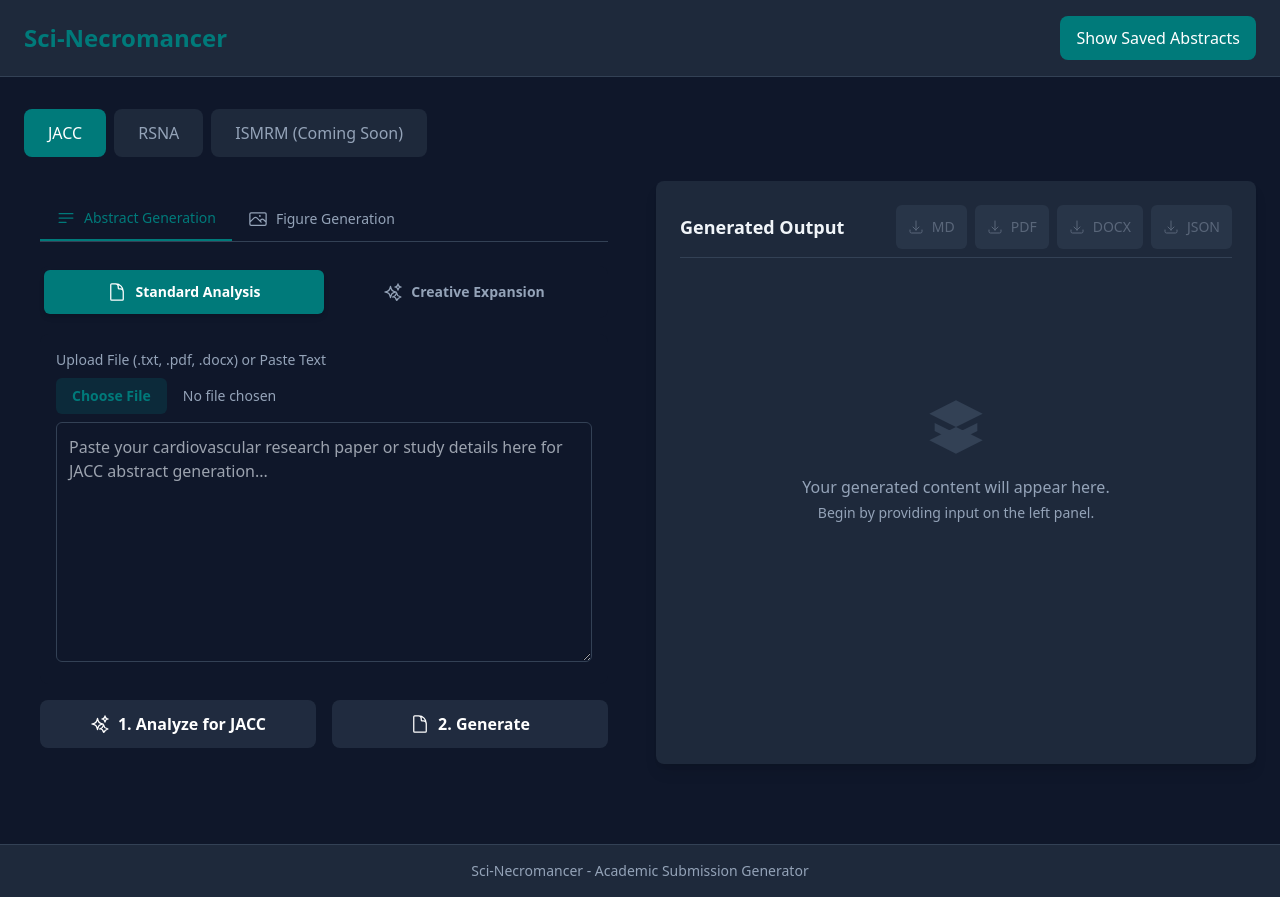
Repository: picspin/Sci-Necromancer
Page: /
The author's editor kept a copy of each file at every save. The page is drawn from the files as they stood at one save, then again after the next save.
The browser window is 1280 px wide. The pictures show the whole page.
Some web libraries are served in a nearby version. The project was rebuilt for these pictures with package versions that can differ from the ones it lists, and the page was loaded fresh each time. Also part of the build but not shown: vite.config.ts, lib/utils/errorLogger.ts, components/error/ErrorFeedback.tsx, components/error/ErrorBoundary.tsx, lib/utils/accessibilityUtils.ts, components/Modal.tsx, components/RSNAPanel.tsx, components/AbstractManager.tsx.

Above is the page before, as saved 2025-10-28 06:25:11.

### index.html
<!DOCTYPE html>
<html lang="en">
  <head>
    <meta charset="UTF-8" />
    <meta name="viewport" content="width=device-width, initial-scale=1.0" />
    <title>Sci-Necromancer - Academic Submission Generator</title>
    <script src="https://cdn.tailwindcss.com"></script>
    <script>
      tailwind.config = {
        theme: {
          extend: {
            colors: {
              'brand-primary': '#007A7A',
              'brand-secondary': '#004D4D',
              'base-100': '#0F172A',
              'base-200': '#1E293B',
              'base-300': '#334155',
              'text-primary': '#F1F5F9',
              'text-secondary': '#94A3B8',
              'category-main': '#ffff00',
              'category-sub': '#ffa500',
              'category-secondary': '#ffc0cb',
            },
          },
        },
      }
    </script>
    <style>
      ::-webkit-scrollbar {
        width: 8px;
        height: 8px;
      }
      ::-webkit-scrollbar-track {
        background: #1e293b;
      }
      ::-webkit-scrollbar-thumb {
        background-color: #334155;
        border-radius: 4px;
      }

      /* Screen reader only - visually hidden but accessible to screen readers */
      .sr-only {
        position: absolute;
        width: 1px;
        height: 1px;
        padding: 0;
        margin: -1px;
        overflow: hidden;
        clip: rect(0, 0, 0, 0);
        white-space: nowrap;
        border-width: 0;
      }

      .sr-only:focus,
      .sr-only:active {
        position: static;
        width: auto;
        height: auto;
        overflow: visible;
        clip: auto;
        white-space: normal;
      }

      /* Focus visible styles - 3px outline for keyboard navigation */
      *:focus-visible {
        outline: 3px solid #007A7A;
        outline-offset: 2px;
      }

      /* Custom focus ring utility */
      .focus-ring-3 {
        outline: 3px solid #007A7A;
        outline-offset: 2px;
      }

      /* High contrast mode support */
      @media (prefers-contrast: high) {
        :root {
          --brand-primary: #00FFFF;
          --text-primary: #FFFFFF;
          --base-100: #000000;
        }
      }

      .high-contrast {
        --brand-primary: #00FFFF !important;
        --brand-secondary: #00CCCC !important;
        --text-primary: #FFFFFF !important;
        --text-secondary: #E0E0E0 !important;
        --base-100: #000000 !important;
        --base-200: #1A1A1A !important;
        --base-300: #333333 !important;
      }

      .high-contrast * {
        border-color: #FFFFFF !important;
      }

      .high-contrast button,
      .high-contrast input,
      .high-contrast select,
      .high-contrast textarea {
        border: 2px solid #FFFFFF !important;
      }

      /* Font size adjustments */
      .font-large {
        font-size: 125%;
      }

      .font-x-large {
        font-size: 150%;
      }

      /* Reduced motion support */
      @media (prefers-reduced-motion: reduce) {
        *,
        *::before,
        *::after {
          animation-duration: 0.01ms !important;
          animation-iteration-count: 1 !important;
          transition-duration: 0.01ms !important;
        }
      }

      .reduce-motion *,
      .reduce-motion *::before,
      .reduce-motion *::after {
        animation-duration: 0.01ms !important;
        animation-iteration-count: 1 !important;
        transition-duration: 0.01ms !important;
      }

      /* Responsive design - Mobile first */
      @media (max-width: 640px) {
        body {
          font-size: 14px;
        }

        /* Ensure touch targets are at least 44x44px */
        button,
        a,
        input[type="button"],
        input[type="submit"] {
          min-height: 44px;
          min-width: 44px;
        }
      }

      @media (max-width: 768px) {
        /* Stack layouts on mobile */
        .grid-cols-2 {
          grid-template-columns: 1fr !important;
        }
      }

      /* Support for 200% zoom */
      @media (min-width: 1280px) {
        .max-w-7xl {
          max-width: 80rem;
        }
      }

      /* Ensure minimum touch target size */
      button,
      a,
      input[type="button"],
      input[type="submit"],
      input[type="checkbox"],
      input[type="radio"],
      select {
        min-height: 44px;
        min-width: 44px;
        padding: 0.5rem 1rem;
      }

      /* Exception for icon-only buttons */
      button.icon-only {
        min-width: 44px;
        padding: 0.5rem;
      }
    </style>
  </head>
  <body class="bg-base-100 text-text-primary">
    <div id="root"></div>
    <script type="module" src="/main.tsx"></script>
  </body>
</html>

### main.tsx
import React from 'react';
import ReactDOM from 'react-dom/client';
import App from './App';

const root = document.getElementById('root');

if (!root) {
  throw new Error('Root element not found');
}

ReactDOM.createRoot(root).render(
  <React.StrictMode>
    <App />
  </React.StrictMode>
);

### App.tsx
import React, { useState } from 'react';
import { Conference } from './types';
import { SettingsProvider } from './context/SettingsContext';
import { AbstractProvider } from './context/AbstractContext';
import { ErrorBoundary } from './components/error/ErrorBoundary';
import JACCPanel from './components/JACCPanel';
import RSNAPanel from './components/RSNAPanel';
import { AbstractManager } from './components/AbstractManager';
import ApiKeyNotification from './components/ApiKeyNotification';
import AccessibilitySettings from './components/AccessibilitySettings';

const App: React.FC = () => {
    const [activeConference, setActiveConference] = useState<Conference>('JACC');
    const [showManager, setShowManager] = useState(false);
    const [showA11ySettings, setShowA11ySettings] = useState(false);

    return (
        <ErrorBoundary>
            <SettingsProvider>
                <AbstractProvider>
                    {/* Skip to main content link for keyboard navigation */}
                    <a
                        href="#main-content"
                        className="sr-only focus:not-sr-only focus:absolute focus:top-4 focus:left-4 focus:z-50 focus:px-4 focus:py-2 focus:bg-brand-primary focus:text-white focus:rounded-md"
                    >
                        Skip to main content
                    </a>

                    <div className="min-h-screen bg-base-100">
                        {/* Header */}
                        <header
                            className="bg-base-200 border-b border-base-300 py-4 px-6"
                            role="banner"
                        >
                            <div className="max-w-7xl mx-auto flex items-center justify-between">
                                <h1 className="text-2xl font-bold text-brand-primary">
                                    Sci-Necromancer
                                    <span className="sr-only">- Academic Submission Generator</span>
                                </h1>
                                <button
                                    onClick={() => setShowManager(!showManager)}
                                    className="px-4 py-2 bg-brand-primary text-white rounded-lg hover:bg-brand-secondary transition-colors focus:outline-none focus:ring-3 focus:ring-brand-primary"
                                    aria-expanded={showManager}
                                    aria-controls="abstract-manager"
                                    aria-label={showManager ? 'Hide saved abstracts manager' : 'Show saved abstracts manager'}
                                >
                                    {showManager ? 'Hide' : 'Show'} Saved Abstracts
                                </button>
                            </div>
                        </header>

                        {/* API Key Notification - Commented out for now, needs settings modal */}
                        {/* <ApiKeyNotification provider="google" onOpenSettings={() => {}} /> */}

                        {/* Main Content */}
                        <main
                            id="main-content"
                            className="max-w-7xl mx-auto px-6 py-8"
                            role="main"
                            aria-label="Main content"
                        >
                            {showManager ? (
                                <section
                                    id="abstract-manager"
                                    aria-label="Saved abstracts manager"
                                >
                                    <AbstractManager isVisible={showManager} onClose={() => setShowManager(false)} />
                                </section>
                            ) : (
                                <>
                                    {/* Conference Tabs */}
                                    <nav
                                        className="flex gap-2 mb-6"
                                        role="tablist"
                                        aria-label="Conference selection"
                                    >
                                        <button
                                            onClick={() => setActiveConference('JACC')}
                                            className={`px-6 py-3 rounded-lg font-medium transition-colors focus:outline-none focus:ring-3 focus:ring-brand-primary ${activeConference === 'JACC'
                                                ? 'bg-brand-primary text-white'
                                                : 'bg-base-200 text-text-secondary hover:bg-base-300'
                                                }`}
                                            role="tab"
                                            aria-selected={activeConference === 'JACC'}
                                            aria-controls="conference-panel"
                                            id="tab-jacc"
                                        >
                                            JACC
                                        </button>
                                        <button
                                            onClick={() => setActiveConference('RSNA')}
                                            className={`px-6 py-3 rounded-lg font-medium transition-colors focus:outline-none focus:ring-3 focus:ring-brand-primary ${activeConference === 'RSNA'
                                                ? 'bg-brand-primary text-white'
                                                : 'bg-base-200 text-text-secondary hover:bg-base-300'
                                                }`}
                                            role="tab"
                                            aria-selected={activeConference === 'RSNA'}
                                            aria-controls="conference-panel"
                                            id="tab-rsna"
                                        >
                                            RSNA
                                        </button>
                                        <button
                                            onClick={() => setActiveConference('ISMRM')}
                                            className={`px-6 py-3 rounded-lg font-medium transition-colors focus:outline-none focus:ring-3 focus:ring-brand-primary ${activeConference === 'ISMRM'
                                                ? 'bg-brand-primary text-white'
                                                : 'bg-base-200 text-text-secondary hover:bg-base-300'
                                                }`}
                                            disabled
                                            title="Coming soon"
                                            role="tab"
                                            aria-selected={activeConference === 'ISMRM'}
                                            aria-controls="conference-panel"
                                            aria-disabled="true"
                                            id="tab-ismrm"
                                        >
                                            ISMRM (Coming Soon)
                                        </button>
                                    </nav>

                                    {/* Conference Panels */}
                                    <div
                                        id="conference-panel"
                                        role="tabpanel"
                                        aria-labelledby={`tab-${activeConference.toLowerCase()}`}
                                    >
                                        {activeConference === 'JACC' && <JACCPanel />}
                                        {activeConference === 'RSNA' && <RSNAPanel />}
                                    </div>
                                </>
                            )}
                        </main>

                        {/* Footer */}
                        <footer
                            className="bg-base-200 border-t border-base-300 py-4 px-6 mt-12"
                            role="contentinfo"
                        >
                            <div className="max-w-7xl mx-auto text-center text-text-secondary text-sm">
                                <p>Sci-Necromancer - Academic Submission Generator</p>
                            </div>
                        </footer>
                    </div>
                </AbstractProvider>
            </SettingsProvider>
        </ErrorBoundary>
    );
};

export default App;

### context/SettingsContext.tsx
import React, { createContext, useState, useEffect, ReactNode } from 'react';
import { Settings } from '../types';
import { LocalStorageService } from '../services/databaseService';

interface SettingsContextType {
  settings: Settings;
  updateSettings: (newSettings: Partial<Settings>) => void;
  saveSettings: (newSettings: Settings) => void;
  databaseService: LocalStorageService;
}

const defaultSettings: Settings = {
  provider: 'google',
  googleApiKey: '',
  openAIApiKey: '',
  model: 'gemini-2.0-flash-exp',
  temperature: 0.7,
  maxTokens: 2048,
};

export const SettingsContext = createContext<SettingsContextType>({
  settings: defaultSettings,
  updateSettings: () => {},
  saveSettings: () => {},
  databaseService: new LocalStorageService(),
});

export const SettingsProvider: React.FC<{ children: ReactNode }> = ({ children }) => {
  const [settings, setSettings] = useState<Settings>(defaultSettings);
  const [databaseService] = useState(() => new LocalStorageService());

  useEffect(() => {
    const savedSettings = localStorage.getItem('app-settings');
    if (savedSettings) {
      try {
        const parsed = JSON.parse(savedSettings);
        setSettings({ ...defaultSettings, ...parsed });
      } catch (error) {
        console.error('Failed to parse saved settings:', error);
      }
    }
  }, []);

  const updateSettings = (newSettings: Partial<Settings>) => {
    setSettings((prev) => {
      const updated = { ...prev, ...newSettings };
      localStorage.setItem('app-settings', JSON.stringify(updated));
      return updated;
    });
  };

  const saveSettings = (newSettings: Settings) => {
    setSettings(newSettings);
    localStorage.setItem('app-settings', JSON.stringify(newSettings));
  };

  return (
    <SettingsContext.Provider value={{ settings, updateSettings, saveSettings, databaseService }}>
      {children}
    </SettingsContext.Provider>
  );
};

### context/AbstractContext.tsx
import React, { createContext, useState, useContext, ReactNode } from 'react';
import { SavedAbstract } from '../types';

interface AbstractContextType {
  loadAbstract: (abstract: SavedAbstract) => void;
  abstractToLoad: SavedAbstract | null;
  clearLoadedAbstract: () => void;
}

const AbstractContext = createContext<AbstractContextType>({
  loadAbstract: () => {},
  abstractToLoad: null,
  clearLoadedAbstract: () => {}
});

export const useAbstractContext = () => useContext(AbstractContext);

export const AbstractProvider: React.FC<{ children: ReactNode }> = ({ children }) => {
  const [abstractToLoad, setAbstractToLoad] = useState<SavedAbstract | null>(null);

  const loadAbstract = (abstract: SavedAbstract) => {
    setAbstractToLoad(abstract);
  };

  const clearLoadedAbstract = () => {
    setAbstractToLoad(null);
  };

  return (
    <AbstractContext.Provider value={{ loadAbstract, abstractToLoad, clearLoadedAbstract }}>
      {children}
    </AbstractContext.Provider>
  );
};

### components/LiveRegion.tsx
import React, { useEffect, useState } from 'react';

interface LiveRegionProps {
  message: string;
  priority?: 'polite' | 'assertive';
  clearAfter?: number;
}

/**
 * ARIA live region component for announcing dynamic content changes to screen readers
 */
const LiveRegion: React.FC<LiveRegionProps> = ({
  message,
  priority = 'polite',
  clearAfter = 3000
}) => {
  const [currentMessage, setCurrentMessage] = useState(message);

  useEffect(() => {
    setCurrentMessage(message);

    if (clearAfter > 0 && message) {
      const timer = setTimeout(() => {
        setCurrentMessage('');
      }, clearAfter);

      return () => clearTimeout(timer);
    }
  }, [message, clearAfter]);

  return (
    <div
      role="status"
      aria-live={priority}
      aria-atomic="true"
      className="sr-only"
    >
      {currentMessage}
    </div>
  );
};

export default LiveRegion;

/**
 * Hook for managing live region announcements
 */
export const useLiveRegion = () => {
  const [announcement, setAnnouncement] = useState('');
  const [priority, setPriority] = useState<'polite' | 'assertive'>('polite');

  const announce = (message: string, announcePriority: 'polite' | 'assertive' = 'polite') => {
    setPriority(announcePriority);
    setAnnouncement(message);
  };

  const clear = () => {
    setAnnouncement('');
  };

  return {
    announcement,
    priority,
    announce,
    clear,
    LiveRegionComponent: () => (
      <LiveRegion message={announcement} priority={priority} />
    ),
  };
};

Loaded but not shown: components/JACCPanel.tsx (686 lines, source omitted); services/databaseService.ts (731 lines, source omitted); lib/llm/prompts/ismrmPrompts.ts (500 lines, source omitted); services/exportService.ts (415 lines, source omitted); lib/llm/writingStyleEnhancer.ts (317 lines, source omitted); components/SvgIcon.tsx (83 lines, source omitted); components/AccessibilitySettings.tsx (161 lines, source omitted); lib/llm/gemini.ts (147 lines, source omitted); components/export/ExportButtons.tsx (166 lines, source omitted); components/OutputDisplay.tsx (135 lines, source omitted); lib/hooks/useTheme.ts (104 lines, source omitted); lib/llm/openai.ts (80 lines, source omitted); lib/llm/index.ts (58 lines, source omitted)

After the next save:
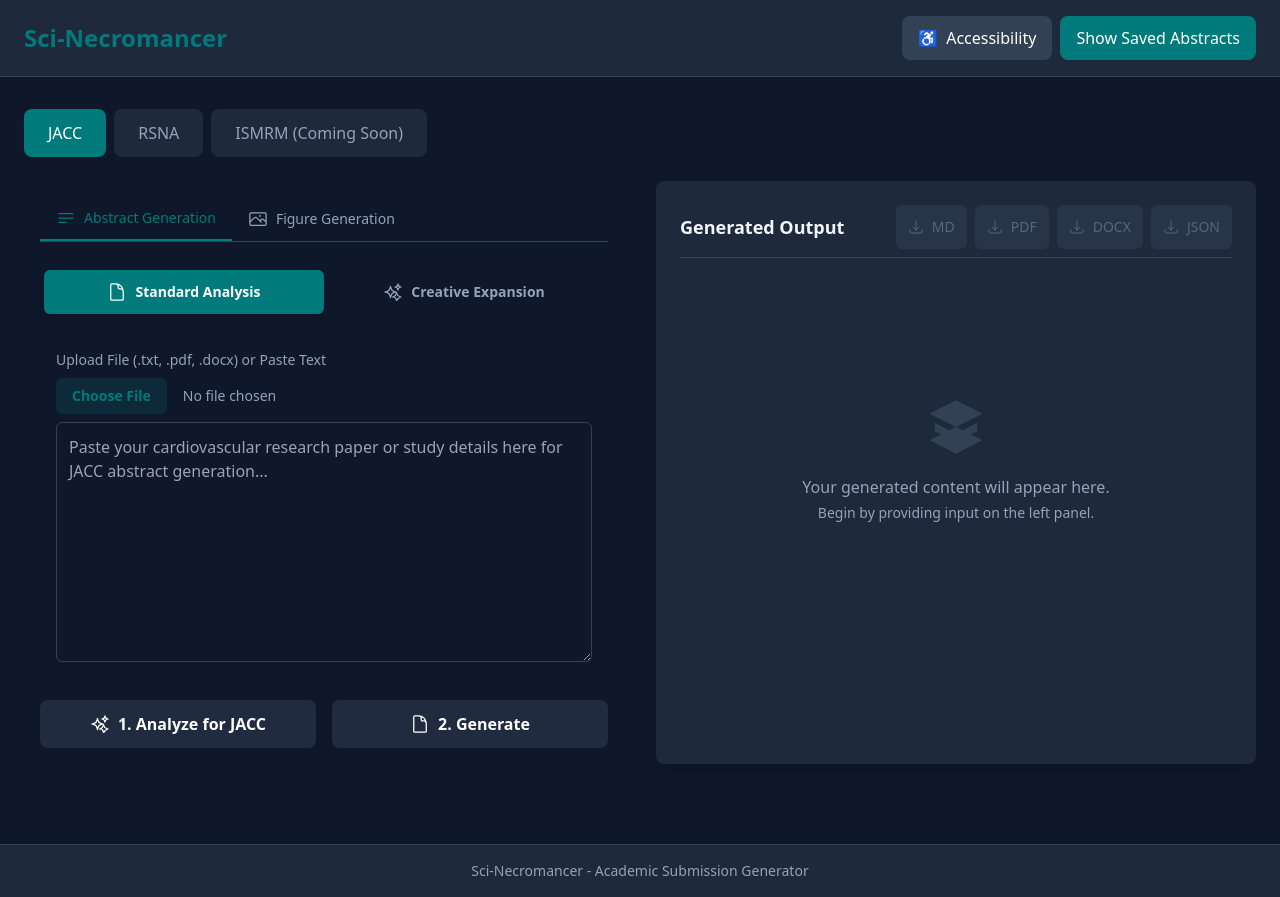
Saved 16 s later.
--- a/App.tsx
+++ b/App.tsx
@@ -32,22 +32,39 @@
                             className="bg-base-200 border-b border-base-300 py-4 px-6"
                             role="banner"
                         >
-                            <div className="max-w-7xl mx-auto flex items-center justify-between">
+                            <div className="max-w-7xl mx-auto flex items-center justify-between flex-wrap gap-4">
                                 <h1 className="text-2xl font-bold text-brand-primary">
                                     Sci-Necromancer
                                     <span className="sr-only">- Academic Submission Generator</span>
                                 </h1>
-                                <button
-                                    onClick={() => setShowManager(!showManager)}
-                                    className="px-4 py-2 bg-brand-primary text-white rounded-lg hover:bg-brand-secondary transition-colors focus:outline-none focus:ring-3 focus:ring-brand-primary"
-                                    aria-expanded={showManager}
-                                    aria-controls="abstract-manager"
-                                    aria-label={showManager ? 'Hide saved abstracts manager' : 'Show saved abstracts manager'}
-                                >
-                                    {showManager ? 'Hide' : 'Show'} Saved Abstracts
-                                </button>
+                                <div className="flex gap-2 flex-wrap">
+                                    <button
+                                        onClick={() => setShowA11ySettings(true)}
+                                        className="px-4 py-2 bg-base-300 text-white rounded-lg hover:bg-base-300/80 transition-colors focus:outline-none focus:ring-3 focus:ring-brand-primary"
+                                        aria-label="Open accessibility settings"
+                                        title="Accessibility Settings"
+                                    >
+                                        <span aria-hidden="true">♿</span>
+                                        <span className="ml-2 hidden sm:inline">Accessibility</span>
+                                    </button>
+                                    <button
+                                        onClick={() => setShowManager(!showManager)}
+                                        className="px-4 py-2 bg-brand-primary text-white rounded-lg hover:bg-brand-secondary transition-colors focus:outline-none focus:ring-3 focus:ring-brand-primary"
+                                        aria-expanded={showManager}
+                                        aria-controls="abstract-manager"
+                                        aria-label={showManager ? 'Hide saved abstracts manager' : 'Show saved abstracts manager'}
+                                    >
+                                        {showManager ? 'Hide' : 'Show'} Saved Abstracts
+                                    </button>
+                                </div>
                             </div>
                         </header>
+
+                        {/* Accessibility Settings Modal */}
+                        <AccessibilitySettings
+                            isOpen={showA11ySettings}
+                            onClose={() => setShowA11ySettings(false)}
+                        />
 
                         {/* API Key Notification - Commented out for now, needs settings modal */}
                         {/* <ApiKeyNotification provider="google" onOpenSettings={() => {}} /> */}
